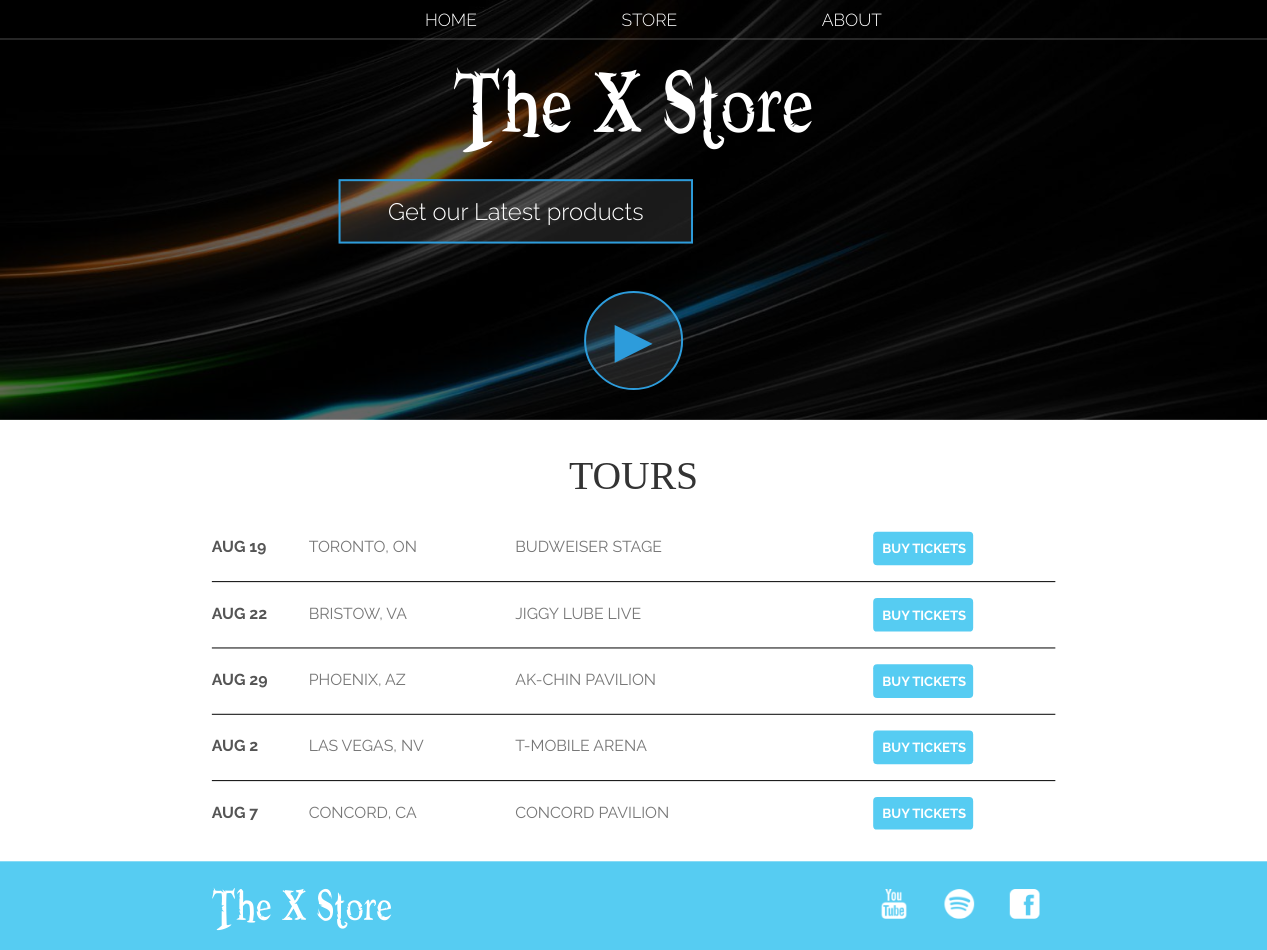
Repository: RL20/Strip_N_Shopping-cart
Page: index.html
These files come from the project's save history. The page is drawn as it stood at one moment and after the next save; the edit follows.
The browser window is 1280 px wide. The pictures show the whole page, at 99% of full size.
Some web fonts or font styles are not loaded; a fallback is used.

Above is the page before, as saved 2022-08-18 17:54:17.

### index.html
<!DOCTYPE html>
<html>
  <head>
    <title>The X Store</title>
    <meta name="description" content="This is the description" />
    <link rel="stylesheet" href="styles.css" />
  </head>
  <body>
    <header class="main-header">
      <nav class="nav main-nav">
        <ul>
          <li><a href="index.html">HOME</a></li>
          <li><a href="store.html">STORE</a></li>
          <li><a href="about.html">ABOUT</a></li>
        </ul>
      </nav>
      <h1 class="band-name band-name-large">The X Store</h1>
      <div class="container">
        <button type="button" class="btn btn-header">Get our Latest products</button>
      </div>
      <button type="button" class="btn btn-header btn-play">&#9658;</button>
    </header>
    <section class="content-section container">
      <h2 class="section-header">TOURS</h2>
      <div>
        <div class="tour-row">
          <span class="tour-item tour-date">AUG 19</span>
          <span class="tour-item tour-city">TORONTO, ON</span>
          <span class="tour-item tour-arena">BUDWEISER STAGE</span>
          <button type="button" class="tour-item tour-btn btn btn-primary">BUY TICKETS</button>
        </div>
        <div class="tour-row">
          <span class="tour-item tour-date">AUG 22</span>
          <span class="tour-item tour-city">BRISTOW, VA</span>
          <span class="tour-item tour-arena">JIGGY LUBE LIVE</span>
          <button type="button" class="tour-item tour-btn btn btn-primary">BUY TICKETS</button>
        </div>
        <div class="tour-row">
          <span class="tour-item tour-date">AUG 29</span>
          <span class="tour-item tour-city">PHOENIX, AZ</span>
          <span class="tour-item tour-arena">AK-CHIN PAVILION</span>
          <button type="button" class="tour-item tour-btn btn btn-primary">BUY TICKETS</button>
        </div>
        <div class="tour-row">
          <span class="tour-item tour-date">AUG 2</span>
          <span class="tour-item tour-city">LAS VEGAS, NV</span>
          <span class="tour-item tour-arena">T-MOBILE ARENA</span>
          <button type="button" class="tour-item tour-btn btn btn-primary">BUY TICKETS</button>
        </div>
        <div class="tour-row">
          <span class="tour-item tour-date">AUG 7</span>
          <span class="tour-item tour-city">CONCORD, CA</span>
          <span class="tour-item tour-arena">CONCORD PAVILION</span>
          <button type="button" class="tour-item tour-btn btn btn-primary">BUY TICKETS</button>
        </div>
      </div>
    </section>
    <footer class="main-footer">
      <div class="container main-footer-container">
        <h3 class="band-name">The X Store</h3>
        <ul class="nav footer-nav">
          <li>
            <a href="https://www.youtube.com" target="_blank">
              <img src="Images/Icons/Youtube Logo.png" />
            </a>
          </li>
          <li>
            <a href="https://www.spotify.com" target="_blank">
              <img src="Images/Icons/Spotify Logo.png" />
            </a>
          </li>
          <li>
            <a href="https://www.facebook.com" target="_blank">
              <img src="Images/Icons/Facebook Logo.png" />
            </a>
          </li>
        </ul>
      </div>
    </footer>
  </body>
</html>

### styles.css
@import url("https://fonts.googleapis.com/css?family=Raleway:300,400,700");
@import url("https://fonts.googleapis.com/css?family=Metal+Mania");

@font-face {
  font-family: "Booter - Zero Zero";
  src: url("Fonts/Booter - Zero Zero.woff") format("woff"), url("Fonts/Booter - Zero Zero.woff2") format("woff2");
  font-weight: normal;
  font-style: normal;
}

* {
  box-sizing: border-box;
  font-family: Raleway;
  color: #777;
}

html,
body {
  margin: 0;
  padding: 0;
  min-height: 100%;
}

.nav ul {
  margin: 0;
}

.nav li {
  display: inline;
}

.nav a {
  display: inline-block;
  padding: 0.5em;
  color: white;
  text-decoration: none;
}

.main-nav {
  text-align: center;
  font-size: 1.1em;
  font-weight: lighter;
  border-bottom: 1px solid rgba(255, 255, 255, 0.3);
}

.main-nav li {
  padding: 0 5%;
}

.nav a:hover {
  background-color: rgba(255, 255, 255, 0.3);
}

.main-header {
  background-color: rgba(0, 0, 0, 0.6);
  background-image: url("Images/Header Background.jpg");
  background-image: url("Images/bg2.jpg");
  background-blend-mode: multiply;
  background-size: cover;
  padding-bottom: 30px;
}

.band-name {
  text-align: center;
  margin: 0;
  font-size: 4em;
  font-family: "Booter - Zero Zero";
  font-weight: normal;
  color: white;
}

.band-name-large {
  font-size: 8em;
}

.content-section {
  margin: 1em;
}

.container {
  max-width: 900px;
  margin: 0 auto;
  padding: 0 1.5em;
}
.section-header {
  font-family: "Metal Mania";
  font-weight: normal;
  color: #333;
  text-align: center;
  font-size: 2.5em;
}

.about-band-image {
  float: left;
  height: 200px;
  width: 200px;
  margin: 15px;
  border-radius: 50%;
}

.main-footer {
  background-color: #56ccf2;
  color: white;
  padding: 0.25em 0;
}

.main-footer-container {
  display: flex;
  align-items: center;
}

.main-footer-container ul {
  flex-grow: 1;
  text-align: end;
}

.footer-nav li {
  padding: 0 0.5em;
}

.footer-nav img {
  width: 30px;
  height: 30px;
}

.btn {
  text-align: center;
  vertical-align: middle;
  padding: 0.67em 0.67em;
  cursor: pointer;
}

.btn-header {
  margin: 0.5em 15% 2em 15%;
  color: white;
  border: 2px solid #2d9cdb;
  background-color: rgba(255, 255, 255, 0.1);
  border-radius: 0;
  font-size: 1.5em;
  font-weight: lighter;
  padding-left: 2em;
  padding-right: 2em;
}

.btn-header:hover {
  background-color: rgba(255, 255, 255, 0.3);
}

.btn-play {
  display: block;
  margin: 0 auto;
  color: #2d9cdb;
  font-size: 4em;
  border-radius: 50%;
  width: 100px;
  height: 100px;
  padding: 0;
  text-align: center;
}

.btn-primary {
  color: white;
  background-color: #56ccf2;
  border: none;
  border-radius: 0.3em;
  font-weight: bold;
}

.btn-primary:hover {
  background-color: #2d9cdb;
}

.tour-row {
  border-bottom: 1px solid black;
  padding-bottom: 1em;
  margin-bottom: 1em;
}

.tour-row:last-child {
  border: none;
}

.tour-item {
  display: inline-block;
  padding-right: 0.5em;
}

.tour-date {
  color: #555;
  width: 11%;
  font-weight: bold;
}

.tour-city {
  width: 24%;
}

.tour-arena {
  width: 42%;
}

.tour-btn {
  max-width: 19%;
}

.shop-item {
  margin: 30px;
}

.shop-item-title {
  display: block;
  width: 100%;
  text-align: center;
  font-weight: bold;
  font-size: 1.5em;
  color: #333;
  margin-bottom: 15px;
}

.shop-item-image {
  height: 250px;
}

.shop-item-details {
  display: flex;
  align-items: center;
  padding: 5px;
}

.shop-item-price {
  flex-grow: 1;
  color: #333;
}

.shop-items {
  display: flex;
  flex-wrap: wrap;
  justify-content: space-around;
}

.cart-header {
  font-weight: bold;
  font-size: 1.25em;
  color: #333;
}

.cart-column {
  display: flex;
  align-items: center;
  border-bottom: 1px solid black;
  margin-right: 1.5em;
  padding-bottom: 10px;
  margin-top: 10px;
}

.cart-row {
  display: flex;
}

.cart-item {
  width: 45%;
}

.cart-price {
  width: 20%;
  font-size: 1.2em;
  color: #333;
}

.cart-quantity {
  width: 35%;
}

.cart-item-title {
  color: #333;
  margin-left: 0.5em;
  font-size: 1.2em;
}

.cart-item-image {
  width: 75px;
  height: auto;
  border-radius: 10px;
}

.btn-danger {
  color: white;
  background-color: #eb5757;
  border: none;
  border-radius: 0.3em;
  font-weight: bold;
}

.btn-danger:hover {
  background-color: #cc4c4c;
}

.cart-quantity-input {
  height: 34px;
  width: 50px;
  border-radius: 5px;
  border: 1px solid #56ccf2;
  background-color: #eee;
  color: #333;
  padding: 0;
  text-align: center;
  font-size: 1.2em;
  margin-right: 25px;
}

.cart-row:last-child {
  border-bottom: 1px solid black;
}

.cart-row:last-child .cart-column {
  border: none;
}

.cart-total {
  text-align: end;
  margin-top: 10px;
  margin-right: 10px;
}

.cart-total-title {
  font-weight: bold;
  font-size: 1.5em;
  color: black;
  margin-right: 20px;
}

.cart-total-price {
  color: #333;
  font-size: 1.1em;
}

.btn-purchase {
  display: block;
  margin: 40px auto 80px auto;
  font-size: 1.75em;
}

After the next save:
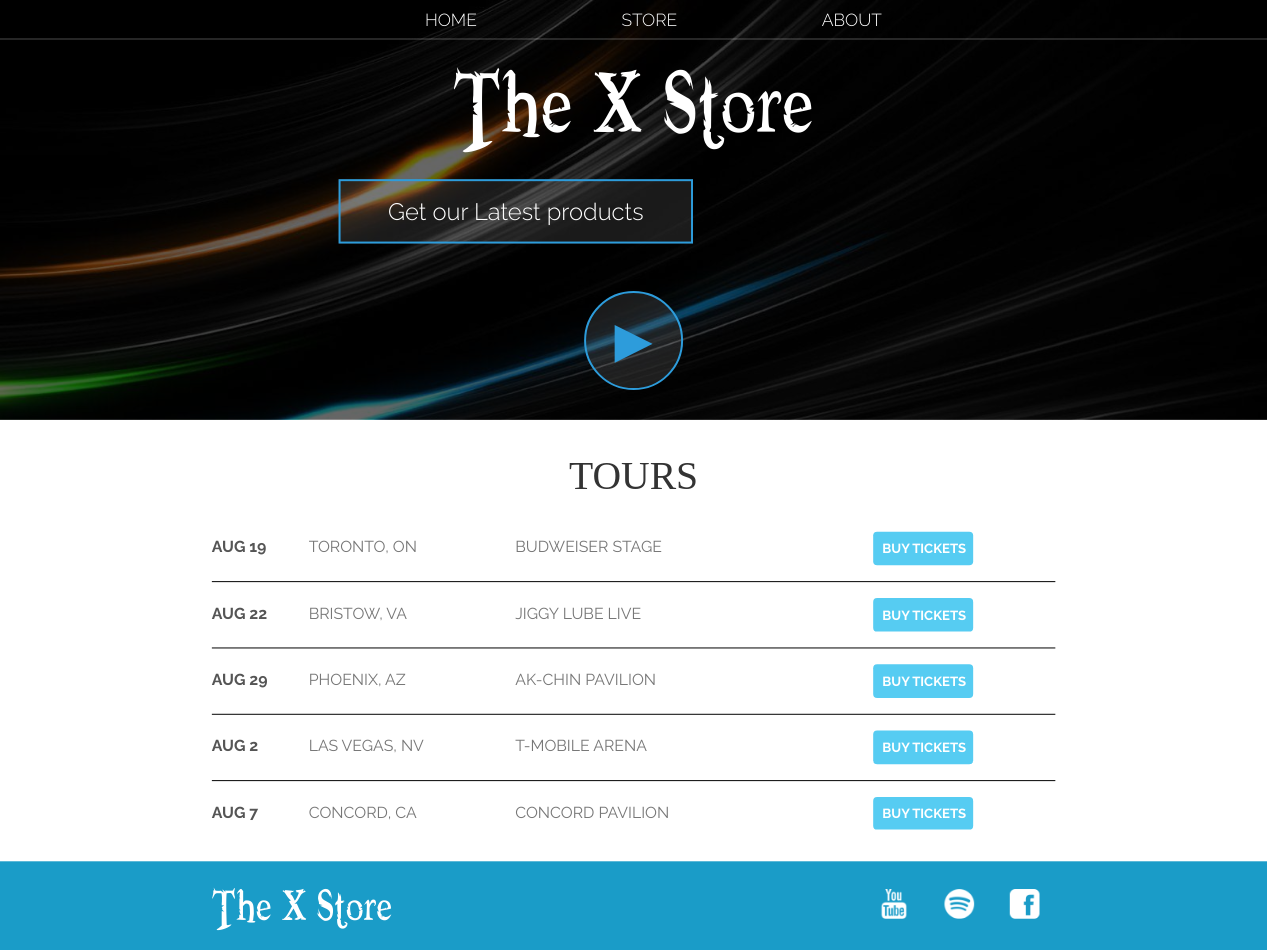
Saved 33 s later.
--- a/styles.css
+++ b/styles.css
@@ -99,7 +99,7 @@
 }
 
 .main-footer {
-  background-color: #56ccf2;
+  background-color: #1a9cc8;
   color: white;
   padding: 0.25em 0;
 }
